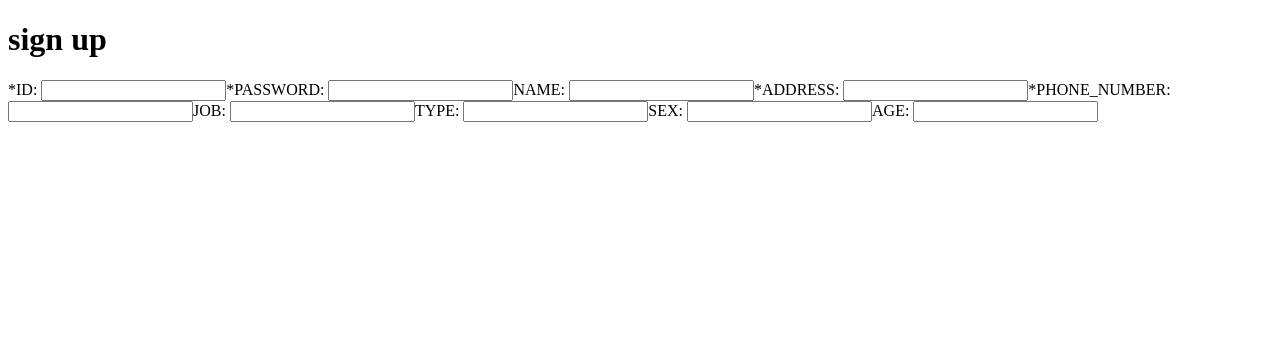
Repository: MIR013/KNU_DB_Project_Team5
Page: dbphase/Databaase/WebContent/Sign_up.html
These files come from the project's save history. The page is drawn as it stood at one moment and after the next save; the edit follows.
The browser window is 1280 px wide. The pictures show the whole page.

Above is the page before, as saved 2018-11-12 11:36:49.

### dbphase/Databaase/WebContent/Sign_up.html
<!DOCTYPE html>
<html>
<head>
<meta charset="UTF-8">
<title>Insert title here</title>
</head>
<body>
<h1> sign up</h1>
	<form action="sign_up.jsp" method="POST">
	<table>
			<tr>
				<tb>*ID: <input type="text" name="signUpID"/></tb>
			</tr>
			<tr>
				<tb>*PASSWORD: <input type="text" name="signUpPASSWORD"/></tb>
			</tr>
			<tr>
				<tb>NAME: <input type="text" name="signUpNAME"/></tb>
			</tr>
			<tr>
				<tb>*ADDRESS: <input type="text" name="signUpID"/></tb>
			</tr>
			<tr>
				<tb>*PHONE_NUMBER: <input type="text" name="signUpID"/></tb>
			</tr>
			<tr>
				<tb>JOB: <input type="text" name="signUpID"/></tb>
			</tr>
			<tr>
				<tb>TYPE: <input type="text" name="signUpID"/></tb>
			</tr>
			<tr>
				<tb>SEX: <input type="text" name="signUpID"/></tb>
			</tr>
			<tr>
				<tb>AGE: <input type="text" name="signUpID"/></tb>
			</tr>




		</table>
	</form>



</body>
</html>

After the next save:
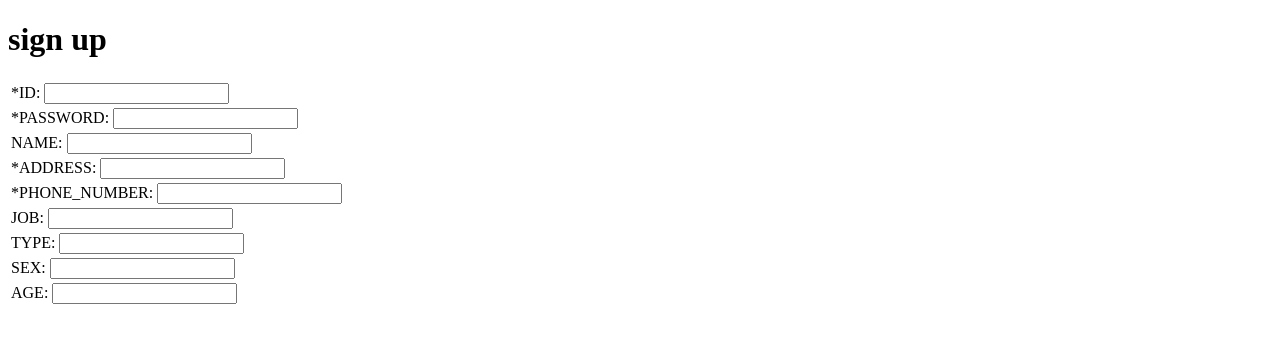
Saved 3 min 13 s later.
--- a/dbphase/Databaase/WebContent/Sign_up.html
+++ b/dbphase/Databaase/WebContent/Sign_up.html
@@ -9,31 +9,31 @@
 	<form action="sign_up.jsp" method="POST">
 	<table>
 			<tr>
-				<tb>*ID: <input type="text" name="signUpID"/></tb>
+				<td>*ID: <input type="text" name="signUpID"/></td>
 			</tr>
 			<tr>
-				<tb>*PASSWORD: <input type="text" name="signUpPASSWORD"/></tb>
+				<td>*PASSWORD: <input type="text" name="signUpPASSWORD"/></td>
 			</tr>
 			<tr>
-				<tb>NAME: <input type="text" name="signUpNAME"/></tb>
+				<td>NAME: <input type="text" name="signUpNAME"/></td>
 			</tr>
 			<tr>
-				<tb>*ADDRESS: <input type="text" name="signUpID"/></tb>
+				<td>*ADDRESS: <input type="text" name="signUpID"/></td>
 			</tr>
 			<tr>
-				<tb>*PHONE_NUMBER: <input type="text" name="signUpID"/></tb>
+				<td>*PHONE_NUMBER: <input type="text" name="signUpID"/></td>
 			</tr>
 			<tr>
-				<tb>JOB: <input type="text" name="signUpID"/></tb>
+				<td>JOB: <input type="text" name="signUpID"/></td>
 			</tr>
 			<tr>
-				<tb>TYPE: <input type="text" name="signUpID"/></tb>
+				<td>TYPE: <input type="text" name="signUpID"/></td>
 			</tr>
 			<tr>
-				<tb>SEX: <input type="text" name="signUpID"/></tb>
+				<td>SEX: <input type="text" name="signUpID"/></td>
 			</tr>
 			<tr>
-				<tb>AGE: <input type="text" name="signUpID"/></tb>
+				<td>AGE: <input type="text" name="signUpID"/></td>
 			</tr>
 
 
